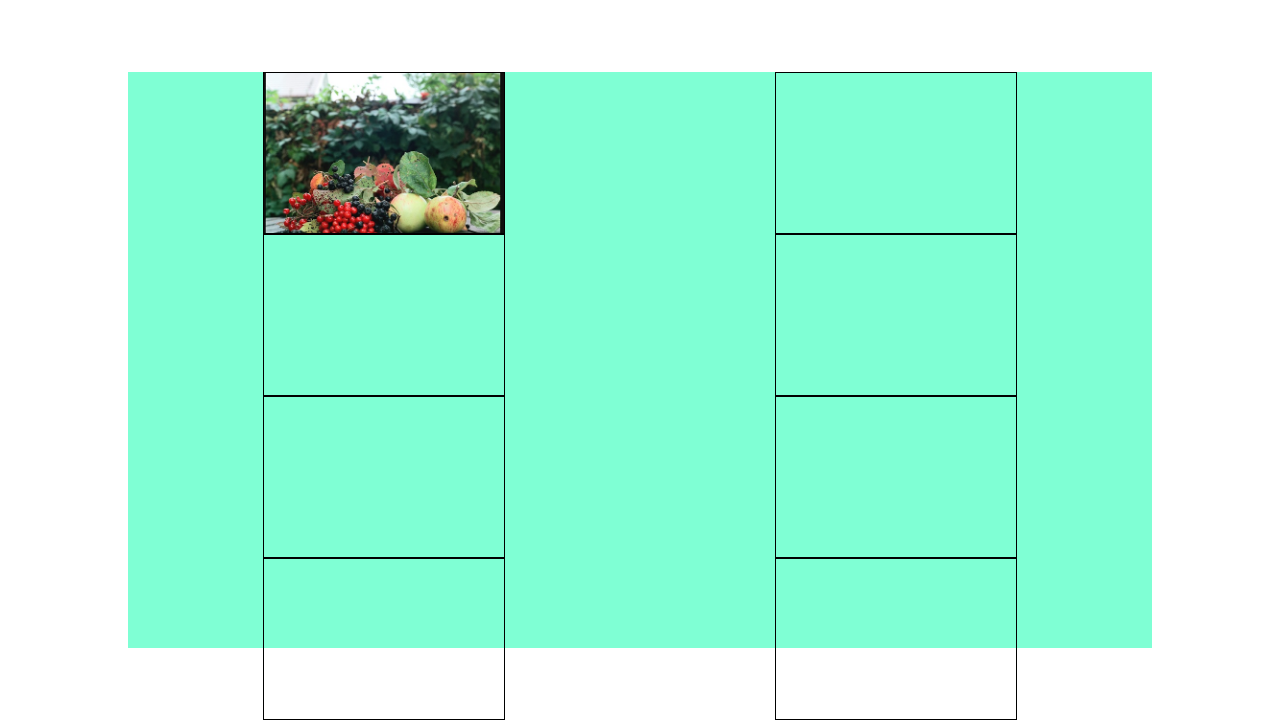
Repository: lidkaa/devTasks
Page: 0. Zadania Testowe/zadania/FlexboxCentered.html
The author's editor kept a copy of each file at every save. The page is drawn from the files as they stood at one save, then again after the next save.
The browser window is 1280 px wide. The pictures show the whole page.

Above is the page before, as saved 2022-02-01 09:42:09.

After the next save:
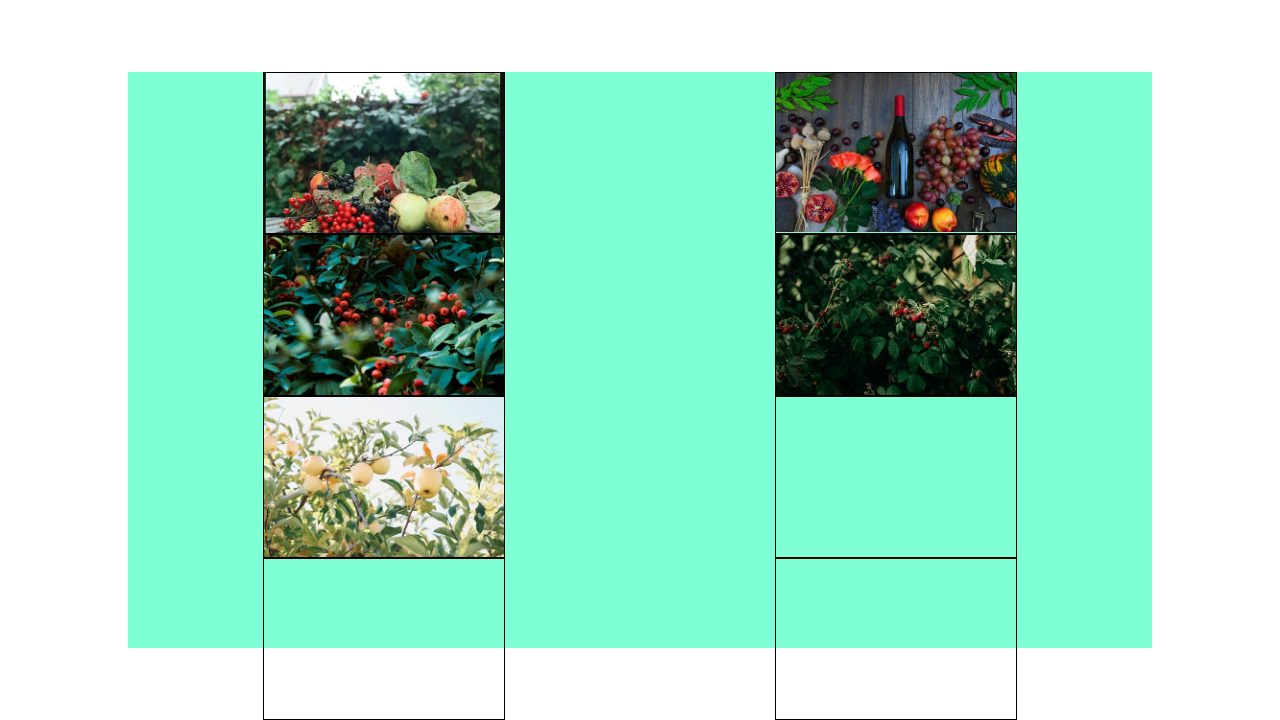
Saved 41 s later.
--- a/0. Zadania Testowe/zadania/flexboxcentered.css
+++ b/0. Zadania Testowe/zadania/flexboxcentered.css
@@ -39,6 +39,30 @@
     background-size: 100%;
     background-repeat: no-repeat;
   }
+  .cell:nth-child(2) {
+    background-image: url('./pexel/pexel2.jpg');
+    background-position: center;
+    background-size: 100%;
+    background-repeat: no-repeat;
+  }
+  .cell:nth-child(3) {
+    background-image: url('./pexel/pexel3.jpg');
+    background-position: center;
+    background-size: 100%;
+    background-repeat: no-repeat;
+  }
+  .cell:nth-child(4) {
+    background-image: url('./pexel/pexel4.jpg');
+    background-position: center;
+    background-size: 100%;
+    background-repeat: no-repeat;
+  }
+  .cell:nth-child(5) {
+    background-image: url('./pexel/pexel5.jpg');
+    background-position: center;
+    background-size: 100%;
+    background-repeat: no-repeat;
+  }
 
   .cell:hover {
 
